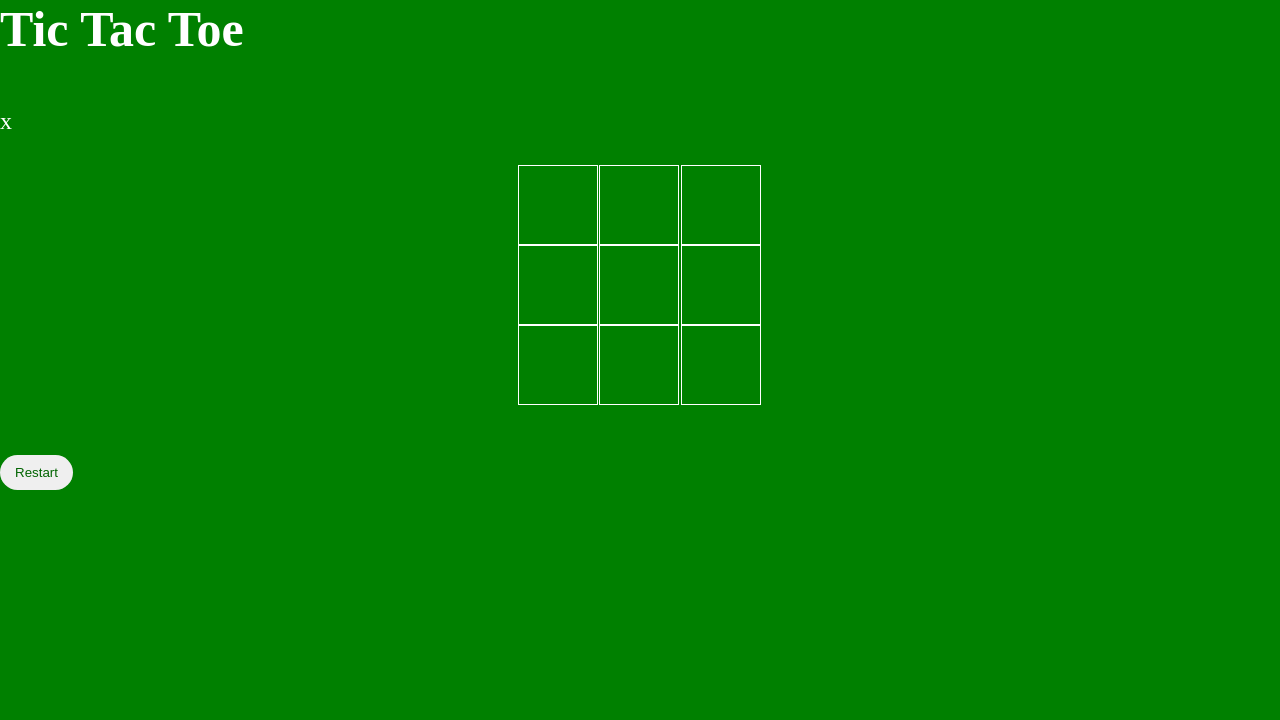
Repository: LusyaPetrosyan/x-o
Page: index.html
An editor plug-in stored every save of this project. The page is shown before and after a run of saves, followed by the edit.
The browser window is 1280 px wide. The pictures show the whole page.

Above is the page before, as saved 2022-02-14 17:07:04.

### index.html
<!DOCTYPE html>
<html lang="en">
<head>
    <meta charset="UTF-8">
    <meta http-equiv="X-UA-Compatible" content="IE=edge">
    <meta name="viewport" content="width=device-width, initial-scale=1.0">
    <title>Tic Tac Toe</title>
    <link rel="stylesheet" href="style.css">
</head>
<body>
    <section class="background">
        <h1 class="title">Tic Tac Toe</h1>
        <section class="display">
             <span class="display-player playerX">x</span>
        </section>
        <div class="container">
            <div class="cell"></div>
            <div class="cell"></div>
            <div class="cell"></div>
            <div class="cell"></div>
            <div class="cell"></div>
            <div class="cell"></div>
            <div class="cell"></div>
            <div class="cell"></div>
            <div class="cell"></div>
        </div>
        <div class="display announcer hidden"></div>

        <button id="restart">Restart</button>

    </section>
    <script src="script.js"></script>
</body>
</html>

### style.css
*{
    margin: 0;
    padding: 0;
    box-sizing: border-box;
    color: #fff;
}

.title {

    font-size: 50px;
    margin-bottom: 50px;
}

.background {
    height: 100vh;
    width: 100vw;
    background-color: green;
   d
   padding-top: 100px;
}

.container {
    display: grid;
    grid-template-columns: repeat(3, auto);
    width: 244px;
    margin: 0 auto;
    margin-bottom: 50px;

}

.cell {
    width: 80px;
    height: 80px;
    line-height: 80px;
    border: 1px solid #fff;
    cursor: pointer;
    font-size: 50px;

}

.display {
    font-size: 24px;
    margin-bottom: 30px;
}
.hidden {
    display: none;
}

#restart {
    padding: 10px 15px;
    color: darkgreen;
    border-radius: 20px;
    cursor: pointer;
    transition: 0.5s ease;
    border: none;
    outline: none;
}

#restart:hover {
    background-color: lightgreen;
}

### script.js
window.addEventListener('DOMContentLoaded', () => {

  const displayPlayer = document.querySelector(".display");
  const cells = Array.from(document.querySelectorAll(".cell"));
  const restartButton = document.querySelector("#restart");
  const announcer = document.querySelector(".announcer");

  let board = ["", "", "", "", "", "", "", "", ""];
  let gameActive = true;
  let currentPlayer = "X";

  const winningConditions = [
    [0, 1, 2],
    [3, 4, 5],
    [6, 7, 8],
    [0, 3, 6],
    [1, 4, 7],
    [2, 5, 8],
    [0, 4, 8],
    [2, 4, 6],
  ];

  const playerXWinner = "Player X is the winner";
  const playerOWinner = "Player O is the winner";
  const equal = "equal";

  function handleResultValidation() {
    let roundWon = false;
    for (let i = 0; i <= 7; i++) {
      const winCondition = winningConditions[i];
      const a = board[winCondition[0]];
      const b = board[winCondition[1]];
      const c = board[winCondition[2]];
      if (a === "" || b === "" || c === "") {
        continue;
      }
      if (a === b && b === c) {
        roundWon = true;
        break;
      }
    }

    if (roundWon) {
      announce(currentPlayer === "X" ? playerXWinner : playerOWinner);
      gameActive = false;
      return;
    }

    if (!board.includes("")) announce(equal);

  }
  const announce = (type) => {
    switch (type) {
      case playerOWinner:
        announcer.innerHTML = 'Player <span class="playerO">O</span> is the winner';
        break;
      case playerXWinner:
        announcer.innerHTML = 'Player <span class="playerX">X</span> is the winner';

        break;
      case equal:
        announcer.innerHTML = "equal";

    }
    announcer.classList.remove("hidden");

  };

  const isValidAction = (cell) => {
    if (cell.innerText === "X" || cell.innerText === "O") {
      return false;
    }

    return true;
  };

  const updateBoard = (index) => {
    board[index] = currentPlayer;
  };

  const changePlayer = () => {
    displayPlayer.classList.remove(`player${currentPlayer}`);
    currentPlayer = currentPlayer === "X" ? "O" : "X";
    displayPlayer.innerText = currentPlayer;
    displayPlayer.classList.add(`player${currentPlayer}`);
  };

  const userAction = (cell, index) => {
    if (isValidAction(cell) && gameActive) {
      cell.innerText = currentPlayer;
      cell.classList.add(`player${currentPlayer}`);
      updateBoard(index);
      handleResultValidation();
      changePlayer();
    }
  };

  const resetBoard = () => {
    board = ["", "", "", "", "", "", "", "", ""];
    gameActive = true;
    announcer.classList.add("hidden");

    if (currentPlayer === "O") {
      changePlayer();
    }



    cells.forEach((cell) => {
      cell.innerText = "";
      cell.classList.remove("playerX");
      cell.classList.remove("playerO");
    });
  };

  cells.forEach((cell, index) => {
    cell.addEventListener("click", () => userAction(cell, index));
  });

  restartButton.addEventListener("click", resetBoard);

})

After the next 4 saves:
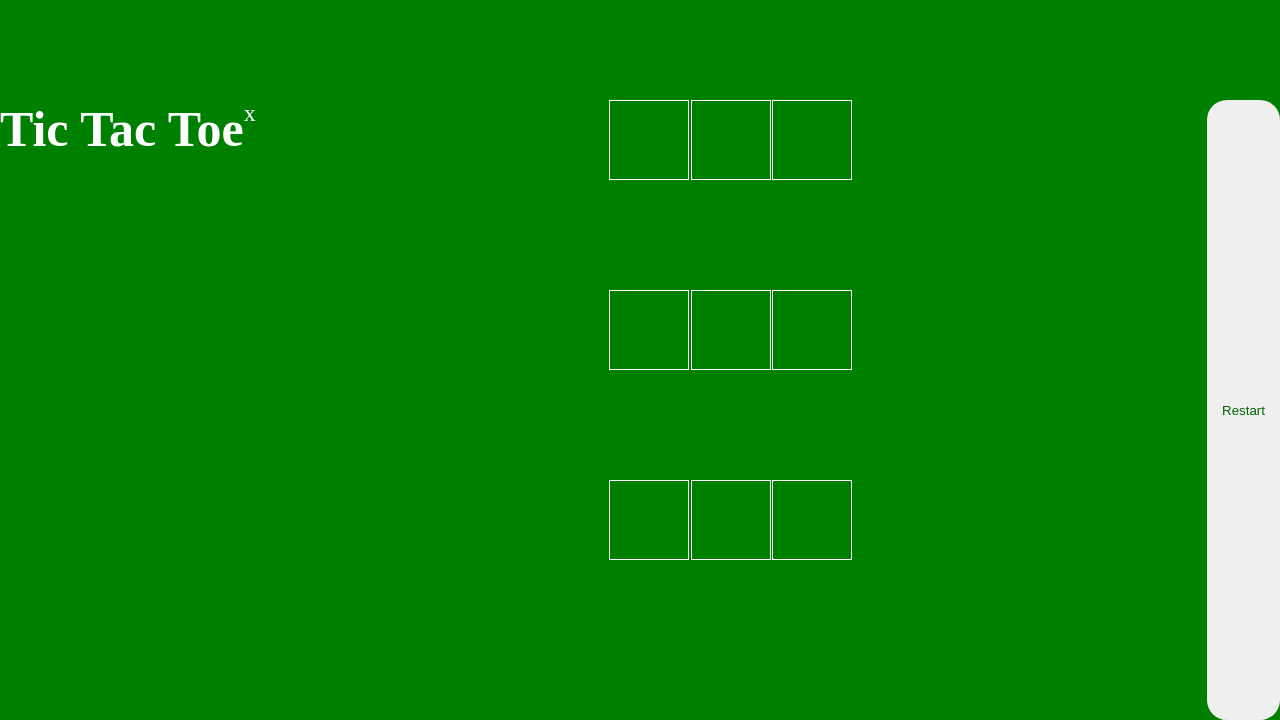
The 4 saves are shown as one change because they came seconds apart.
The last was saved 11 s later.
--- a/style.css
+++ b/style.css
@@ -15,7 +15,8 @@
     height: 100vh;
     width: 100vw;
     background-color: green;
-   d
+   display: flex;
+   justify-content: center;
    padding-top: 100px;
 }
 
